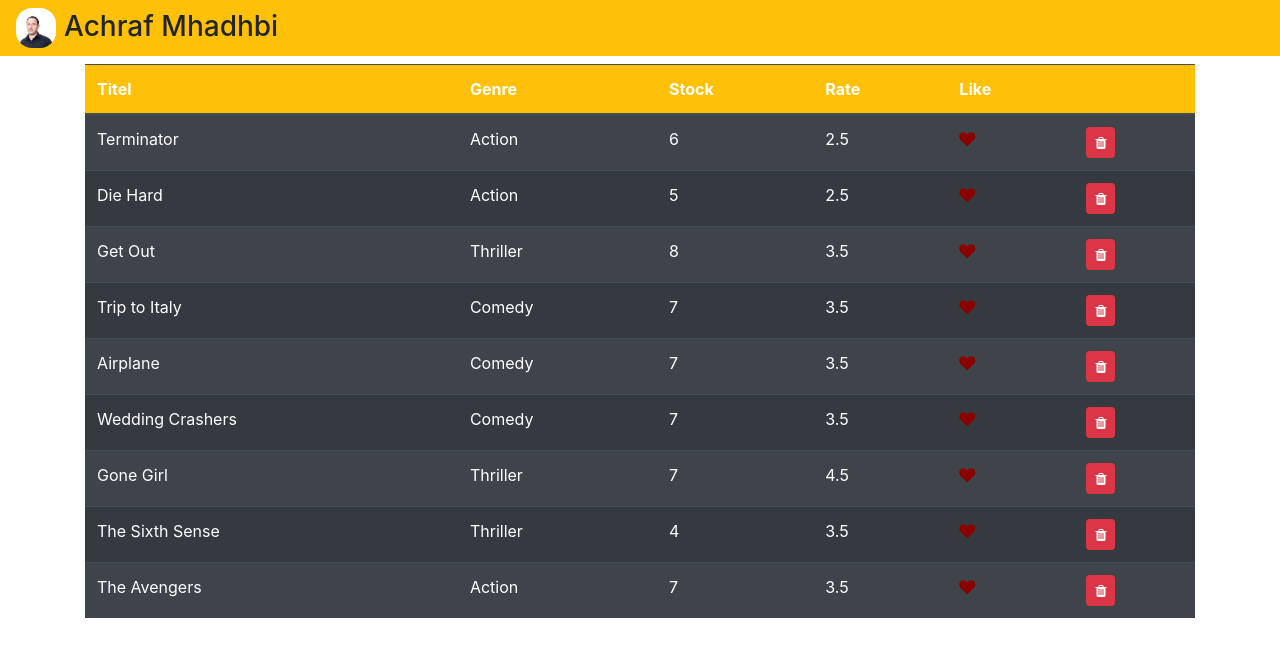
Repository: AMhadhbi/TecMovies-web-app
Page: /
These files come from the project's save history. The page is drawn as it stood at one moment and after the next save; the edit follows.
The browser window is 1280 px wide. The pictures show the whole page.
The project was rebuilt for these pictures with package versions that can differ from the ones it lists, and the page was loaded fresh each time.

Above is the page before, as saved 2021-03-08 21:16:42.

### src/index.js
import React from 'react';
import ReactDOM from 'react-dom';
import './index.css';
import App from './App';
import reportWebVitals from './reportWebVitals';
import "bootstrap/dist/css/bootstrap.css";
import "font-awesome/css/font-awesome.css";

ReactDOM.render(
  <React.StrictMode>
    <App />
  </React.StrictMode>,
  document.getElementById('root')
);

// If you want to start measuring performance in your app, pass a function
// to log results (for example: reportWebVitals(console.log))
// or send to an analytics endpoint. Learn more: https://bit.ly/CRA-vitals
reportWebVitals();

### src/App.js
import React from 'react';
import Movies from './components/movies';
import Navbar from './components/navbar';

function App() {
  return (
    <React.Fragment>
      <Navbar/>
      <div className='container'>
      <Movies/>
      </div>
    </React.Fragment>

   );
}

export default App;

### src/components/movies.jsx
import React, { Component } from 'react';
import { getMovies } from '../services/fakeMovieService';
import Like from './like';

class Movies extends Component {
    state = {
        movies : getMovies()
     }
    render() {
        const {movies} = this.state;
        return (
            <table className="table table-striped table-dark">
            <thead className="bg-warning">
              <tr>
                <th>Titel</th>
                <th>Genre</th>
                <th>Stock</th>
                <th>Rate</th>
                <th>Like</th>
                <th/>
              </tr>
            </thead>
            <tbody>
            {movies.map((movie) => (
                <tr key={movie.id}>
                    <td>{movie.title}</td>
                    <td>{movie.genre.name}</td>
                    <td>{movie.numberInStock}</td>
                    <td>{movie.dailyRentalRate}</td>
                    <td >
                      <Like/>
                    </td>
                    <td>
                    <button className="btn btn-danger btn-sm">
                    <i className="fa fa-trash"/>
                    </button>
                    </td>
            </tr>
            ))}

            </tbody>
          </table>
         );
    }
}

export default Movies;

### src/components/navbar.jsx
import React, { Component } from 'react';
class Navbar extends Component {
    render() {
        return (
            <nav className="navbar navbar-light bg-warning h3">
            <span>
                <img className ="mr-2" src='images/me.png' alt=""
                style={{width: "40px", height: "40px", borderRadius :"40%"}}
                />
                Achraf Mhadhbi
            </span>
            </nav>
         );
    }
}

export default Navbar;

### src/services/fakeMovieService.js
import * as genresAPI from "./fakeGenreService";

const movies = [
  {
    _id: "5b21ca3eeb7f6fbccd471815",
    title: "Terminator",
    genre: { _id: "5b21ca3eeb7f6fbccd471818", name: "Action" },
    numberInStock: 6,
    dailyRentalRate: 2.5,
    publishDate: "2018-01-03T19:04:28.809Z",
    liked: true,
  },
  {
    _id: "5b21ca3eeb7f6fbccd471816",
    title: "Die Hard",
    genre: { _id: "5b21ca3eeb7f6fbccd471818", name: "Action" },
    numberInStock: 5,
    dailyRentalRate: 2.5,
    liked: false,
  },
  {
    _id: "5b21ca3eeb7f6fbccd471817",
    title: "Get Out",
    genre: { _id: "5b21ca3eeb7f6fbccd471820", name: "Thriller" },
    numberInStock: 8,
    dailyRentalRate: 3.5,
    liked: true,
  },
  {
    _id: "5b21ca3eeb7f6fbccd471819",
    title: "Trip to Italy",
    genre: { _id: "5b21ca3eeb7f6fbccd471814", name: "Comedy" },
    numberInStock: 7,
    dailyRentalRate: 3.5,
    liked: false,
  },
  {
    _id: "5b21ca3eeb7f6fbccd47181a",
    title: "Airplane",
    genre: { _id: "5b21ca3eeb7f6fbccd471814", name: "Comedy" },
    numberInStock: 7,
    dailyRentalRate: 3.5,
    liked: true,
  },
  {
    _id: "5b21ca3eeb7f6fbccd47181b",
    title: "Wedding Crashers",
    genre: { _id: "5b21ca3eeb7f6fbccd471814", name: "Comedy" },
    numberInStock: 7,
    dailyRentalRate: 3.5,
    liked: true,
  },
  {
    _id: "5b21ca3eeb7f6fbccd47181e",
    title: "Gone Girl",
    genre: { _id: "5b21ca3eeb7f6fbccd471820", name: "Thriller" },
    numberInStock: 7,
    dailyRentalRate: 4.5,
    liked: false,
  },
  {
    _id: "5b21ca3eeb7f6fbccd47181f",
    title: "The Sixth Sense",
    genre: { _id: "5b21ca3eeb7f6fbccd471820", name: "Thriller" },
    numberInStock: 4,
    dailyRentalRate: 3.5,
    liked: true,
  },
  {
    _id: "5b21ca3eeb7f6fbccd471821",
    title: "The Avengers",
    genre: { _id: "5b21ca3eeb7f6fbccd471818", name: "Action" },
    numberInStock: 7,
    dailyRentalRate: 3.5,
    liked: false,
  },
];

export function getMovies() {
  return movies;
}

export function getMovie(id) {
  return movies.find((m) => m._id === id);
}

export function saveMovie(movie) {
  let movieInDb = movies.find((m) => m._id === movie._id) || {};
  movieInDb.name = movie.name;
  movieInDb.genre = genresAPI.genres.find((g) => g._id === movie.genreId);
  movieInDb.numberInStock = movie.numberInStock;
  movieInDb.dailyRentalRate = movie.dailyRentalRate;

  if (!movieInDb._id) {
    movieInDb._id = Date.now();
    movies.push(movieInDb);
  }

  return movieInDb;
}

export function deleteMovie(id) {
  let movieInDb = movies.find((m) => m._id === id);
  movies.splice(movies.indexOf(movieInDb), 1);
  return movieInDb;
}

### src/components/like.jsx
const Like = (props) => {
    return (
        <i className="fa fa-heart" style={{color:'darkred'}}></i>
     );
}

export default Like;

Loaded but not shown: public/index.html (common file); src/index.css (common file); src/reportWebVitals.js (common file); src/services/fakeGenreService.js (common file)

After the next save:
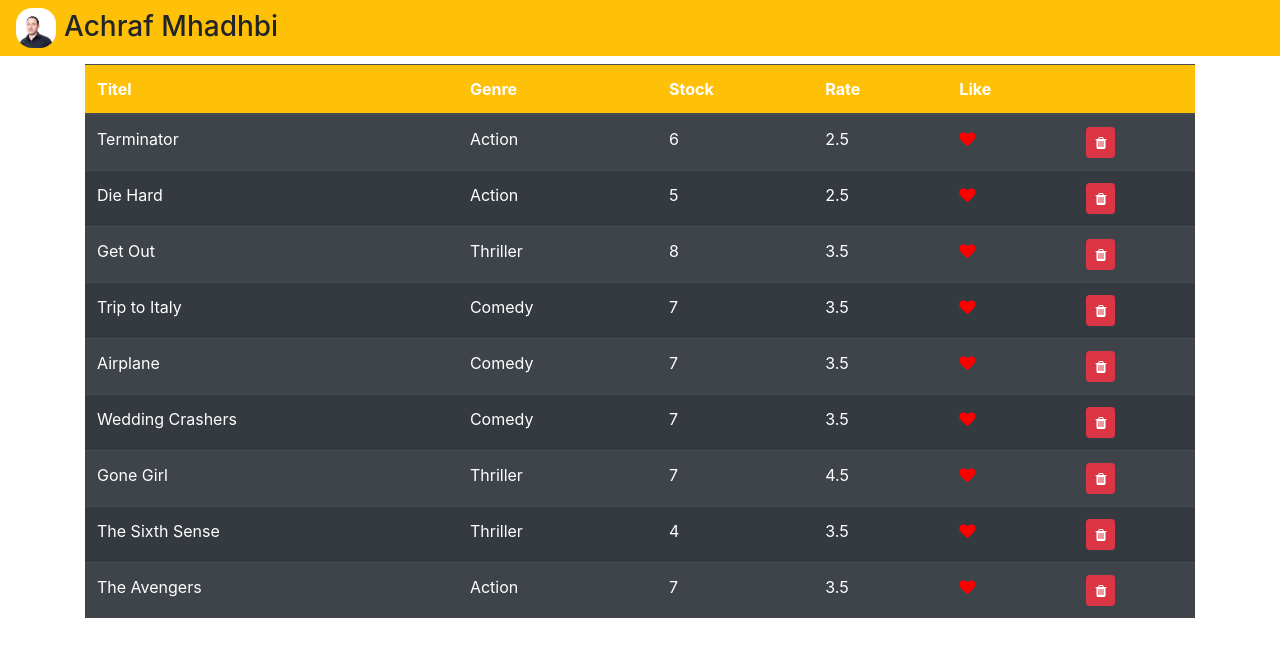
Saved 72 s later.
--- a/src/components/like.jsx
+++ b/src/components/like.jsx
@@ -1,6 +1,6 @@
 const Like = (props) => {
     return (
-        <i className="fa fa-heart" style={{color:'darkred'}}></i>
+        <i className="fa fa-heart" style={{color:'red'}}></i>
      );
 }
 
